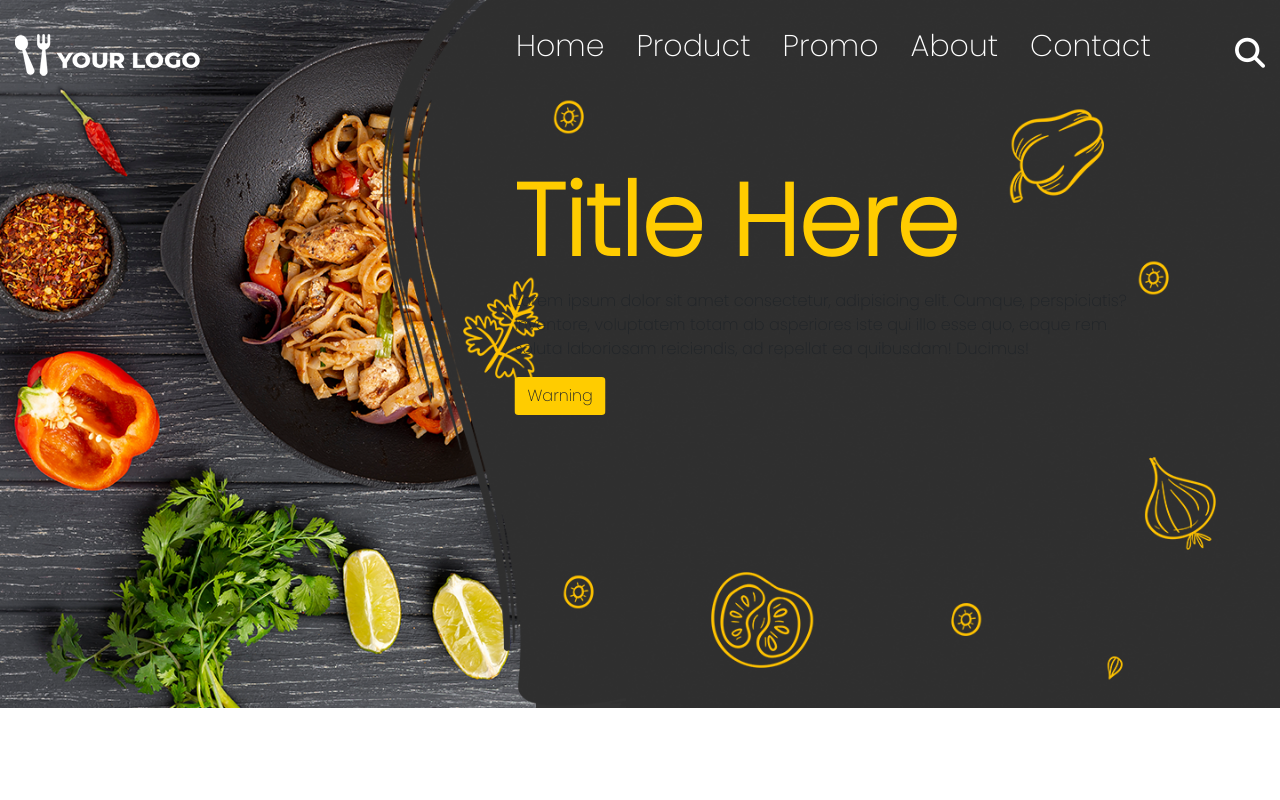
Repository: iphoneboy46/templateRestaurent
Page: index.html
The author's editor kept a copy of each file at every save. The page is drawn from the files as they stood at one save, then again after the next save.
The browser window is 1280 px wide. The pictures show the whole page.

Above is the page before, as saved 2022-10-12 14:51:37.

### index.html
<!DOCTYPE html>
<html lang="en">

<head>
    <meta charset="UTF-8">
    <meta http-equiv="X-UA-Compatible" content="IE=edge">
    <meta name="viewport" content="width=device-width, initial-scale=1.0">
    <link rel="stylesheet" href="https://cdn.jsdelivr.net/npm/bootstrap@4.3.1/dist/css/bootstrap.min.css"
        integrity="sha384-ggOyR0iXCbMQv3Xipma34MD+dH/1fQ784/j6cY/iJTQUOhcWr7x9JvoRxT2MZw1T" crossorigin="anonymous">
    <script src="https://code.jquery.com/jquery-3.3.1.slim.min.js"
        integrity="sha384-q8i/X+965DzO0rT7abK41JStQIAqVgRVzpbzo5smXKp4YfRvH+8abtTE1Pi6jizo"
        crossorigin="anonymous"></script>
    <script src="https://cdn.jsdelivr.net/npm/popper.js@1.14.7/dist/umd/popper.min.js"
        integrity="sha384-UO2eT0CpHqdSJQ6hJty5KVphtPhzWj9WO1clHTMGa3JDZwrnQq4sF86dIHNDz0W1"
        crossorigin="anonymous"></script>
    <script src="https://cdn.jsdelivr.net/npm/bootstrap@4.3.1/dist/js/bootstrap.min.js"
        integrity="sha384-JjSmVgyd0p3pXB1rRibZUAYoIIy6OrQ6VrjIEaFf/nJGzIxFDsf4x0xIM+B07jRM"
        crossorigin="anonymous"></script>
    <link rel="stylesheet" href="https://cdnjs.cloudflare.com/ajax/libs/font-awesome/6.2.0/css/all.min.css"
        integrity="sha512-xh6O/CkQoPOWDdYTDqeRdPCVd1SpvCA9XXcUnZS2FmJNp1coAFzvtCN9BmamE+4aHK8yyUHUSCcJHgXloTyT2A=="
        crossorigin="anonymous" referrerpolicy="no-referrer" />
    <link rel="stylesheet" href="style.css">
    <title>Document</title>
</head>

<body>
    <header class="header container-fluid">
        <nav class="menu__list pt-3">
           <div class="logo">
                <a class="navbar-brand">
                    <img src="images/logo.png" alt="">
                </a>
           </div>
            <ul class="menu__items">
                <li class="nav-item">
                    <a class="nav-link text-white" href="#">Home</a>
                </li>
                <li class="nav-item">
                    <a class="nav-link text-white" href="#">Product</a>
                </li>
                <li class="nav-item">
                    <a class="nav-link text-white" href="#">Promo</a>
                </li>
                <li class="nav-item">
                    <a class="nav-link text-white" href="#">About</a>
                </li>
                <li class="nav-item">
                    <a class="nav-link text-white" href="#">Contact</a>
                </li>
            </ul>
            <div class="item--search">
                <i class="fa-solid fa-magnifying-glass"></i>
            </div>
        </nav>
        <div class="header__content">
            <h1>Title Here</h1>
            <p>Lorem ipsum dolor sit amet consectetur, adipisicing elit. Cumque, perspiciatis? Inventore, voluptatem totam ab asperiores iste qui illo esse quo, eaque rem soluta laboriosam reiciendis, ad repellat ea quibusdam! Ducimus!</p>
            <button type="button" class="btn">Warning</button>
        </div>
    </header>
</body>

</html>

### style.css
@import url('https://fonts.googleapis.com/css2?family=Poppins:wght@200&display=swap');
* {
    padding: 0;
    margin: 0;
    box-sizing: border-box;
    font-family: 'Poppins', sans-serif;
    text-decoration: none;
    list-style: none;
}

.logo{
    width: 30%;
}

.header{
    background-image: url(images/header.png);
    width: 100%;
    height:800px;
    background-size: 100%;
    background-repeat: no-repeat;
}

.menu__list{
    display: flex;
    justify-content: space-between;
    align-items: center;
}

.menu__items{
    display: flex;
    justify-content: space-between;
    align-items: center;
    width: 50%;
}

.menu__items li a{
    font-size: 30px;
}


.item--search i{
    color: white;
    font-size: 30px;
}

.header__content{
    width: 635px;
    position: absolute;
    top: 40%;
    left: 65%;
    transform: translate(-50%,-50%)
}

.header__content h1{
    color: #ffcc00;
    font-size: 100px;
    font-weight: bold;
}

.header__content .btn{
    background-color: #ffcc00;
}

After the next save:
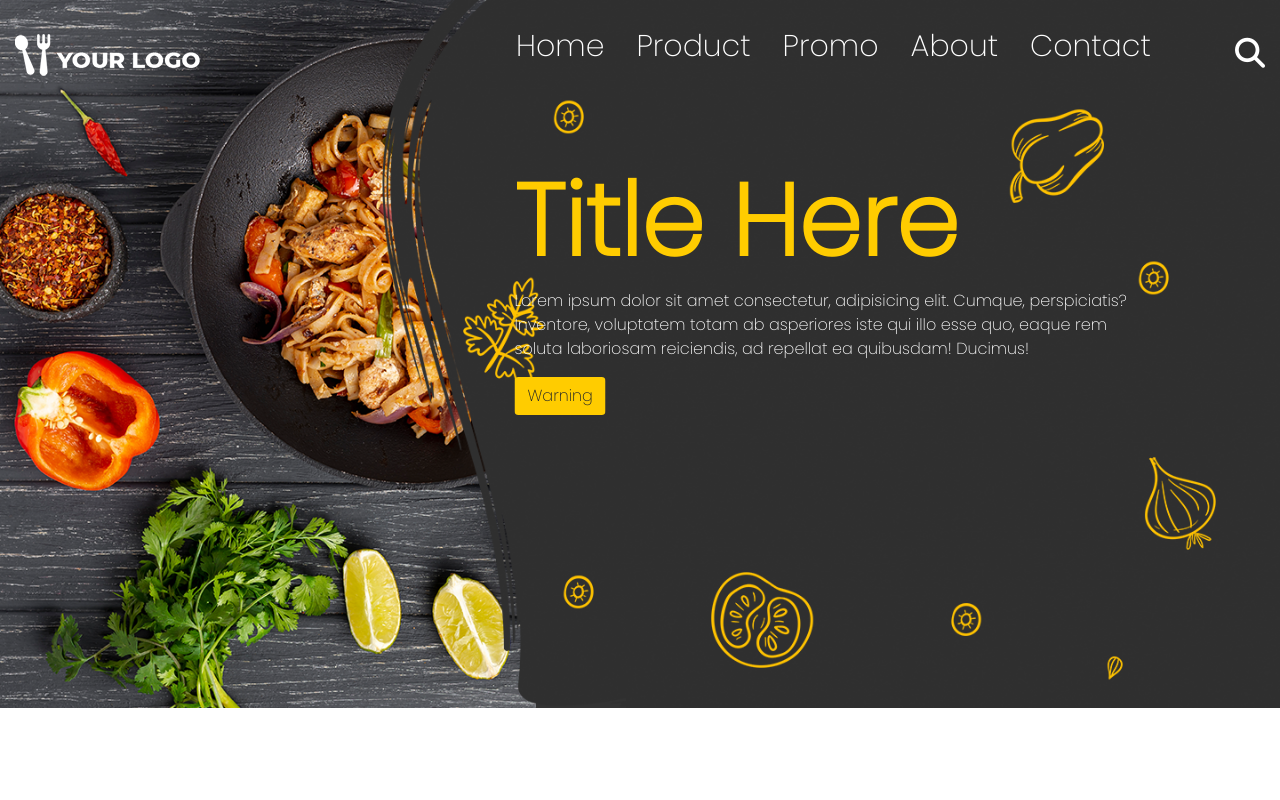
Saved 21 s later.
--- a/style.css
+++ b/style.css
@@ -51,12 +51,18 @@
     transform: translate(-50%,-50%)
 }
 
+
+
 .header__content h1{
     color: #ffcc00;
     font-size: 100px;
     font-weight: bold;
 }
 
+.header__content p{
+    color:white;
+}
+
 .header__content .btn{
     background-color: #ffcc00;
 }
